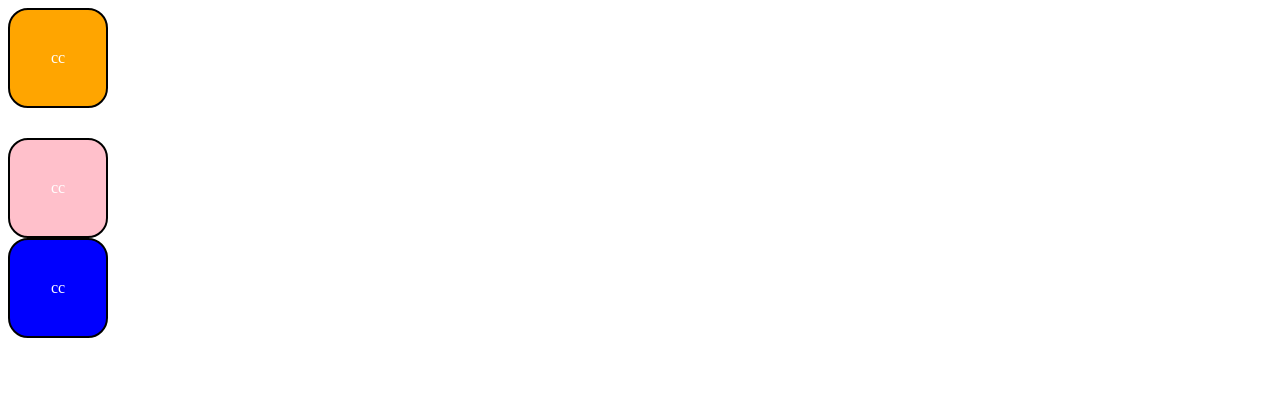
Repository: 16-Doffy/howtouse-htmlcss
Page: box_sizing/index.html
The author's editor kept a copy of each file at every save. The page is drawn from the files as they stood at one save, then again after the next save.
The browser window is 1280 px wide. The pictures show the whole page.

Above is the page before, as saved 2024-12-20 19:31:13.

### box_sizing/index.html
<!DOCTYPE html>
<html lang="en">
<head>
    <meta charset="UTF-8">
    <meta name="viewport" content="width=device-width, initial-scale=1.0">
    <link rel="stylesheet" href="styles.css">
    <title>Box-Sizing</title>
</head>
<body>
        <div class="boxed">cc</div>
        <div class="boxed">cc</div>
        <div class="boxed">cc</div>
</body>
</html>

### box_sizing/styles.css

*,
*::before,
*::after{
    box-sizing: border-box;
}
.boxed{
    width: 100px;
    height: 100px;
    border-radius: 20px;
    border: 2px solid black;
    background-color: blue;
    color: white;
    display: flex;
    align-items: center;
    justify-content: center;
}
.boxed:first-child{
    background-color: orange;

    margin-bottom: 30px;
}
.boxed:nth-child(2){
    background-color: pink;
    /* margin-top: 20px;
    margin-bottom: 20px;
    margin-left: 50px;
    margin-left: auto;
    margin-right: auto; thay thế = margin: top / right / bot / left*/
    /* margin: 10px 20px 30px 40px; */

}

After the next save:
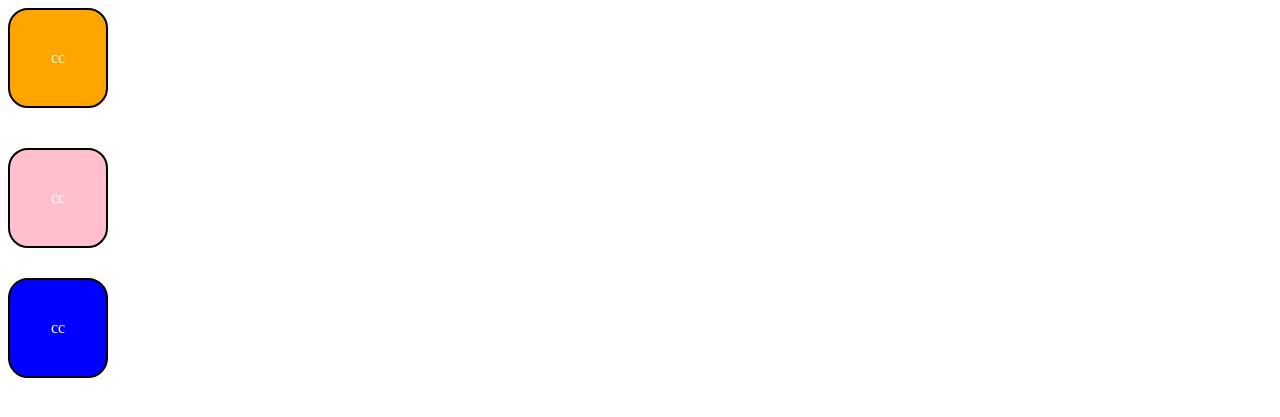
Saved 26 s later.
--- a/box_sizing/styles.css
+++ b/box_sizing/styles.css
@@ -17,8 +17,7 @@
 }
 .boxed:first-child{
     background-color: orange;
-
-    margin-bottom: 30px;
+    margin-bottom: 40px;
 }
 .boxed:nth-child(2){
     background-color: pink;
@@ -27,6 +26,6 @@
     margin-left: 50px;
     margin-left: auto;
     margin-right: auto; thay thế = margin: top / right / bot / left*/
-    /* margin: 10px 20px 30px 40px; */
+    margin: 10px 0px 30px 0px;
 
 }
